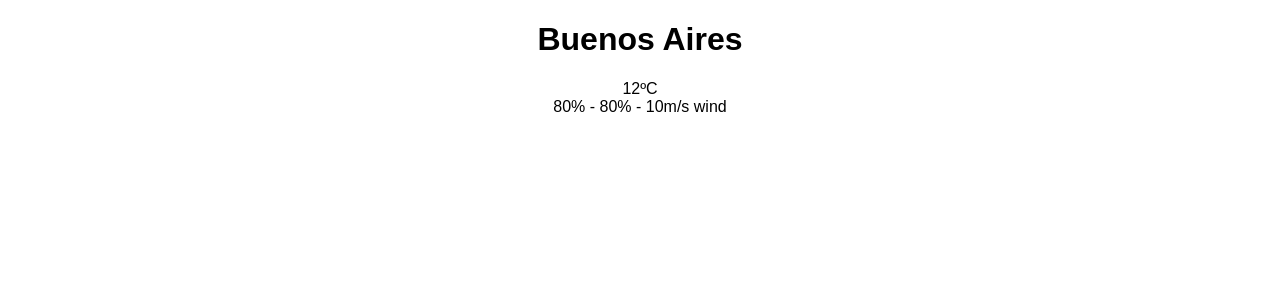
Repository: gustavojuan/REACT-weatherApp
Page: /
The author's editor kept a copy of each file at every save. The page is drawn from the files as they stood at one save, then again after a run of saves.
The browser window is 1280 px wide. The pictures show the whole page.
The project was rebuilt for these pictures with package versions that can differ from the ones it lists, and the page was loaded fresh each time.

Above is the page before, as saved 2018-07-12 09:07:41.

### src/App.js
import React, { Component } from 'react';
import WeatherLocation from './components/WeatherLocation';
import './App.css';

class App extends Component {
  render() {
    return (
      <div className="App">
        <WeatherLocation></WeatherLocation>
      </div>
    );
  }
}

export default App;

### src/components/WeatherLocation.js
import React from 'react';
import Location from './Location';
import WeatherData from './WeatherData';

const WeatherLocation = () => (
    <div>
        <Location city={'Buenos Aires'}/>
        <WeatherData />
    </div>
)
export default WeatherLocation;

### src/components/Location.js
import React from 'react';

const Location = ({city})=>(<div><h1>{city}</h1></div>);

export default Location;

### src/components/WeatherData.js
import React from 'react';
import WeatherTemperature from './WeatherTemperature'
import WeatherExtraInfo from './WeatherExtraInfo';

const WeatherData = () => (
    <div>
        <WeatherTemperature></WeatherTemperature>
        <WeatherExtraInfo humidity={80} wind={'10m/s'}></WeatherExtraInfo>
    </div>
)

export default WeatherData;

### src/components/WeatherTemperature.js
import React from 'react'


const WeatherTemperature = () => (
    <div>
        <span>12ºC</span>
    </div>
)

export default WeatherTemperature

### src/components/WeatherExtraInfo.js
import React from 'react';

const WeatherExtraInfo = ({ humidity, wind }) => (
    <div>
        <span>{ humidity + '% - ' }</span>
        <span>{`${humidity}% - `} </span>
        <span>{`${wind} wind `} </span>
    </div>
);

export default WeatherExtraInfo;

Loaded but not shown: public/index.html (common file); src/index.js (common file); src/index.css (common file); src/registerServiceWorker.js (common file); src/App.css (common file)

After the next 2 saves:
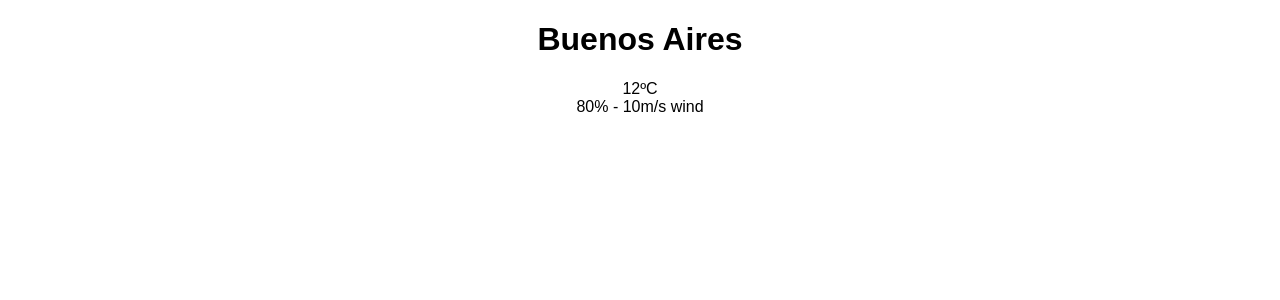
The 2 saves are shown as one change because they came seconds apart.
The last was saved 6 s later.
--- a/src/components/WeatherExtraInfo.js
+++ b/src/components/WeatherExtraInfo.js
@@ -2,7 +2,6 @@ import React from 'react';
 
 const WeatherExtraInfo = ({ humidity, wind }) => (
     <div>
-        <span>{ humidity + '% - ' }</span>
         <span>{`${humidity}% - `} </span>
         <span>{`${wind} wind `} </span>
     </div>
